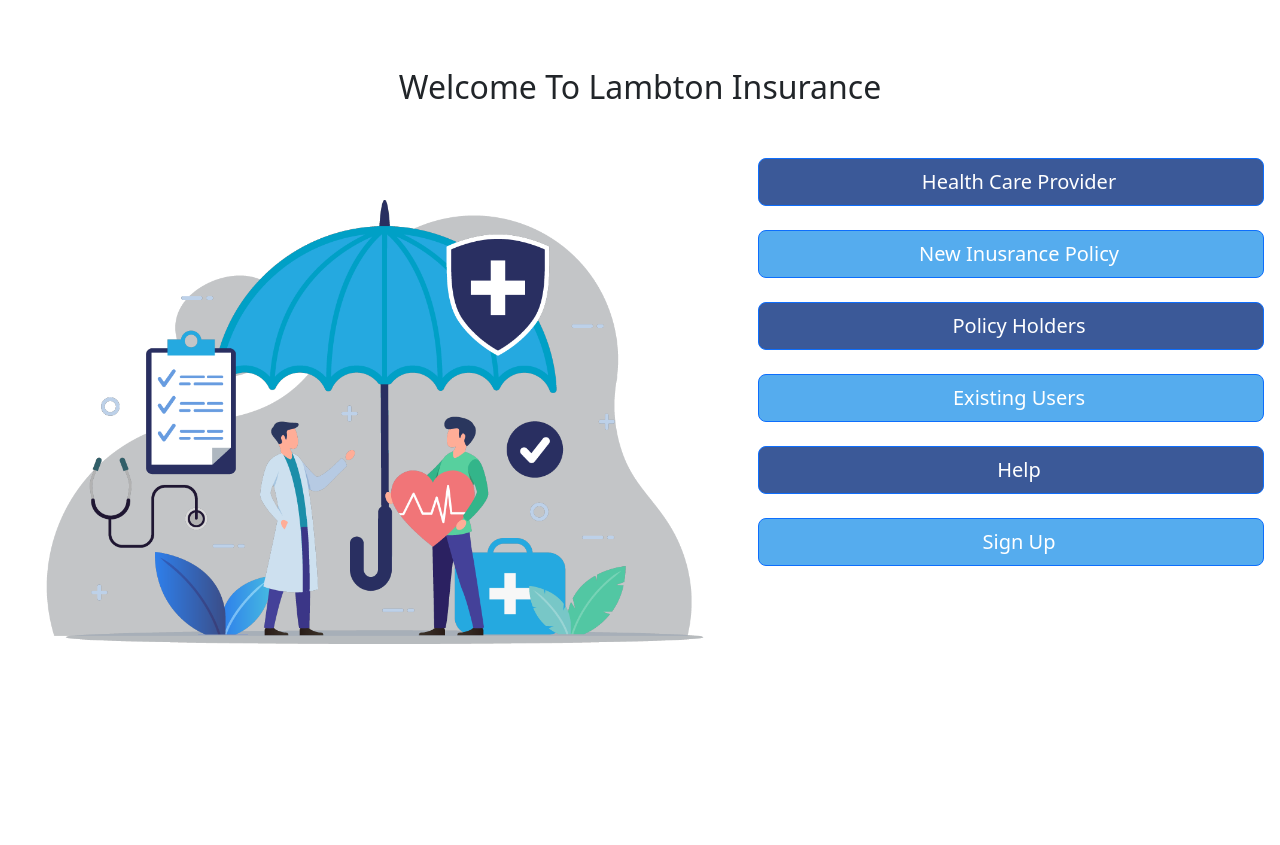
Repository: Puttaz/InsuranceGUI_React
Page: /index (app in client/)
These files come from the project's save history. The page is drawn as it stood at one moment and after the next save; the edit follows.
The browser window is 1280 px wide. The pictures show the whole page.
The project was rebuilt for these pictures with package versions that can differ from the ones it lists, and the page was loaded fresh each time. Also part of the build but not shown: client/vite.config.js, client/src/Index.css, client/src/Users.jsx, client/src/CreateUser.jsx, client/src/UpdateUser.jsx.

Above is the page before, as saved 2023-12-06 17:46:07.

### client/src/App.jsx
import { useState } from 'react'
import './App.css'
import {BrowserRouter, Routes, Route} from 'react-router-dom'
import 'bootstrap/dist/css/bootstrap.min.css'
import Index from './Index'
import Users from './Users'
import CreateUser from './CreateUser'
import UpdateUser from './UpdateUser'

function App() {
  const [count, setCount] = useState(0)

  return (
    <div>
      <BrowserRouter>
        <Routes>
          <Route path='/index' element = {<Index />}></Route>
          <Route path='/viewusers' element = {<Users />}></Route>
          <Route path='/createuser' element = {<CreateUser />}></Route>
          <Route path='/updateuser/:id' element = {<UpdateUser />}></Route>
        </Routes>
      </BrowserRouter>
    </div>
  )
}

export default App

### client/src/Index.jsx
import React from 'react';
import './App.css'; // Import your CSS file for styling
import Homepage from "./Homepage.png";
import './Index.css'

import {
  MDBContainer,
  MDBCol,
  MDBRow,
  MDBBtn,
  MDBIcon,
  MDBInput,
  MDBCheckbox
}
from 'mdb-react-ui-kit';

function App() {
  return (
    <MDBContainer fluid className="p-3 my-5">
      <div className="text-center">
      <h2 className="mt-1 mb-5 pb-1">Welcome To Lambton Insurance</h2>
      </div>
      <MDBRow>

        <MDBCol col='10' md='7'>

          <img src={Homepage}
          class="img-fluid" alt="home image" />
        </MDBCol>

        <MDBCol col='4' md='5'>

          <MDBBtn className="mb-4 w-100" size="lg" style={{backgroundColor: '#3b5998'}}>
            <MDBIcon fab icon="facebook-f" className="mx-2"/>
            Health Care Provider
          </MDBBtn>

          <MDBBtn className="mb-4 w-100" size="lg" style={{backgroundColor: '#55acee'}}>
            <MDBIcon fab icon="twitter" className="mx-2"/>
            New Inusrance Policy
          </MDBBtn>

          <MDBBtn className="mb-4 w-100" size="lg" style={{backgroundColor: '#3b5998'}}>
            <MDBIcon fab icon="facebook-f" className="mx-2"/>
            Policy Holders
          </MDBBtn>

          <MDBBtn className="mb-4 w-100" size="lg" style={{backgroundColor: '#55acee'}}>
            <MDBIcon fab icon="twitter" className="mx-2"/>
            Existing Users
          </MDBBtn>

          <MDBBtn className="mb-4 w-100" size="lg" style={{backgroundColor: '#3b5998'}}>
            <MDBIcon fab icon="facebook-f" className="mx-2"/>
            Help
          </MDBBtn>

          <MDBBtn className="mb-4 w-100" size="lg" style={{backgroundColor: '#55acee'}}>
            <MDBIcon fab icon="twitter" className="mx-2"/>
            Sign Up
          </MDBBtn>

        </MDBCol>

      </MDBRow>

    </MDBContainer>
  );
}

export default App;

Loaded but not shown: client/index.html (common file); client/src/main.jsx (common file); client/src/App.css (no stored copy; drawn as an empty file)

After the next save:
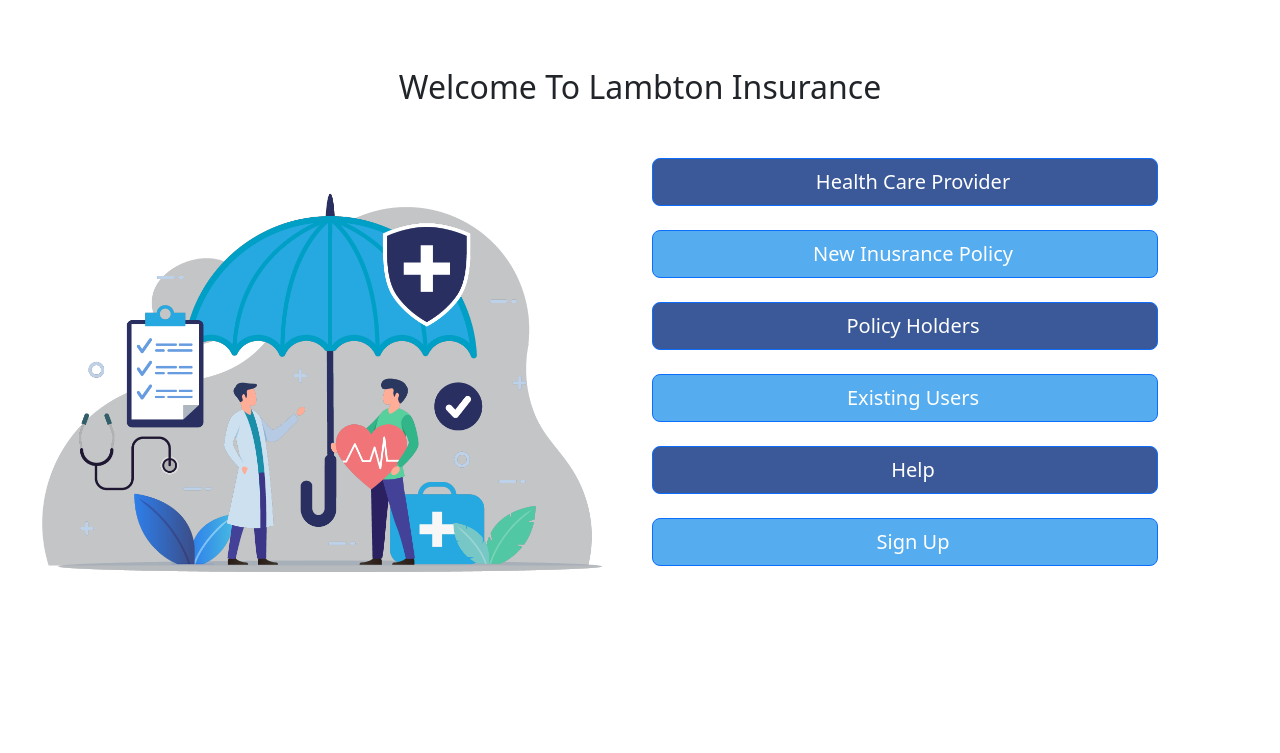
Saved 10 s later.
--- a/client/src/Index.jsx
+++ b/client/src/Index.jsx
@@ -22,7 +22,7 @@ function App() {
       </div>
       <MDBRow>
 
-        <MDBCol col='10' md='7'>
+        <MDBCol col='10' md='6'>
 
           <img src={Homepage}
           class="img-fluid" alt="home image" />
